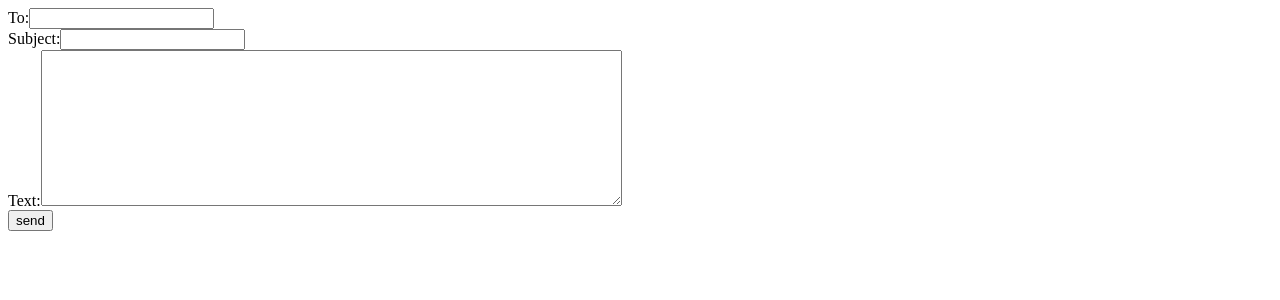
Repository: KiranBihari/WebsiteDesign
Page: JavaMailBox/ContactFormDataSend/WebContent/index.html
The author's editor kept a copy of each file at every save. The page is drawn from the files as they stood at one save, then again after the next save.
The browser window is 1280 px wide. The pictures show the whole page.

Above is the page before, as saved 2020-01-16 20:54:27.

### JavaMailBox/ContactFormDataSend/WebContent/index.html
<form action="servlet/SendMail">
To:<input type="text" name="to"/><br/>
Subject:<input type="text" name="subject"><br/>
Text:<textarea rows="10" cols="70" name="msg"></textarea><br/>
<input type="submit" value="send">


</form>

After the next save:
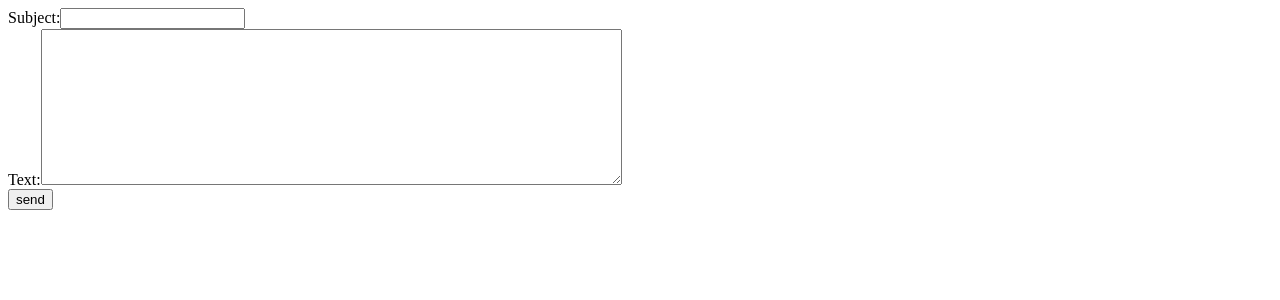
Saved 17 h 30 min later.
--- a/JavaMailBox/ContactFormDataSend/WebContent/index.html
+++ b/JavaMailBox/ContactFormDataSend/WebContent/index.html
@@ -1,5 +1,5 @@
 <form action="servlet/SendMail">
-To:<input type="text" name="to"/><br/>
+<!-- To:<input type="text" name="to"/><br/> -->
 Subject:<input type="text" name="subject"><br/>
 Text:<textarea rows="10" cols="70" name="msg"></textarea><br/>
 <input type="submit" value="send">
